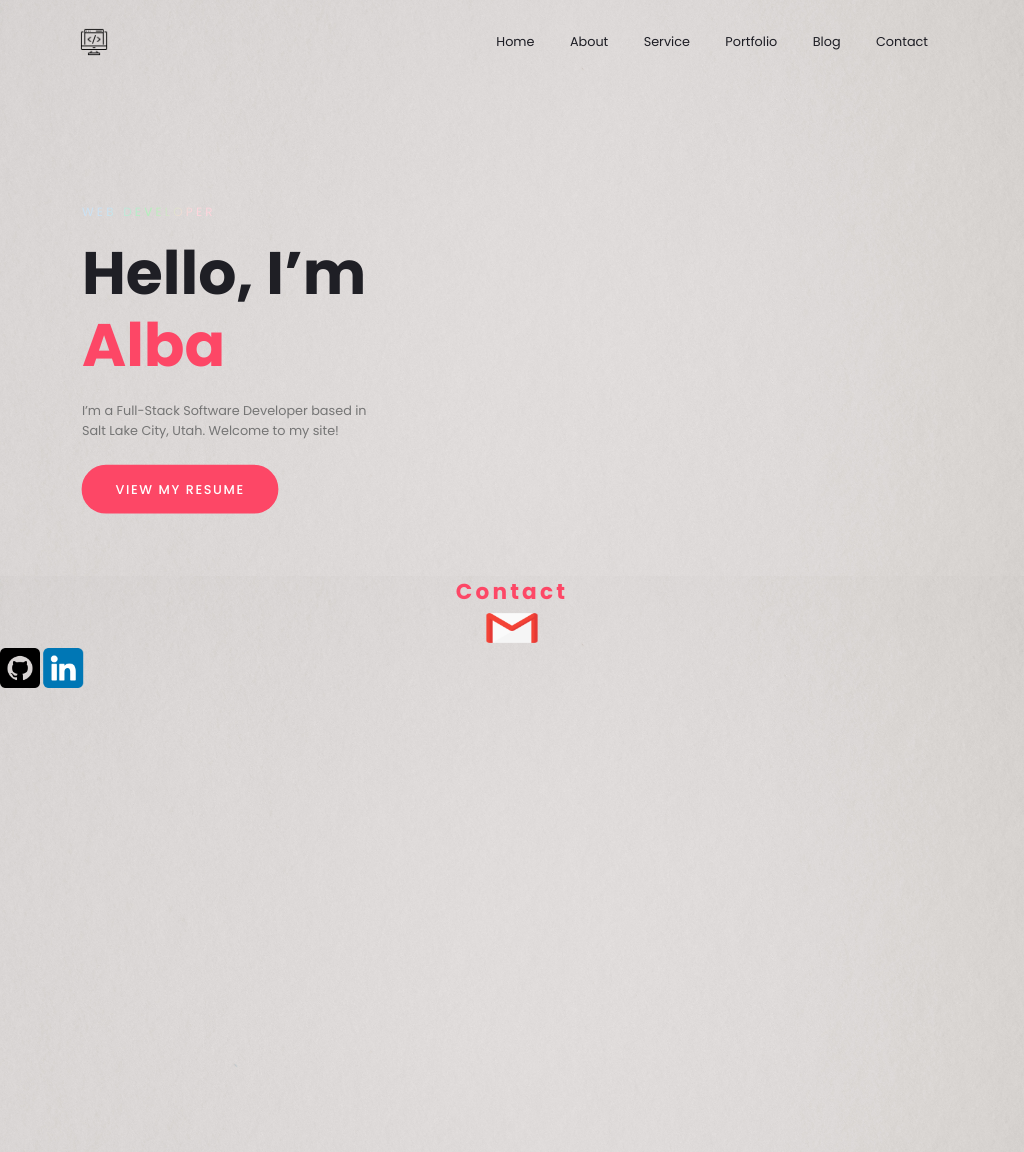
Repository: pilar122/port
Page: index.html
The author's editor kept a copy of each file at every save. The page is drawn from the files as they stood at one save, then again after the next save.
The browser window is 1280 px wide. The pictures show the whole page, at 80% of full size.

Above is the page before, as saved 2022-01-29 17:05:44.

After the next save:
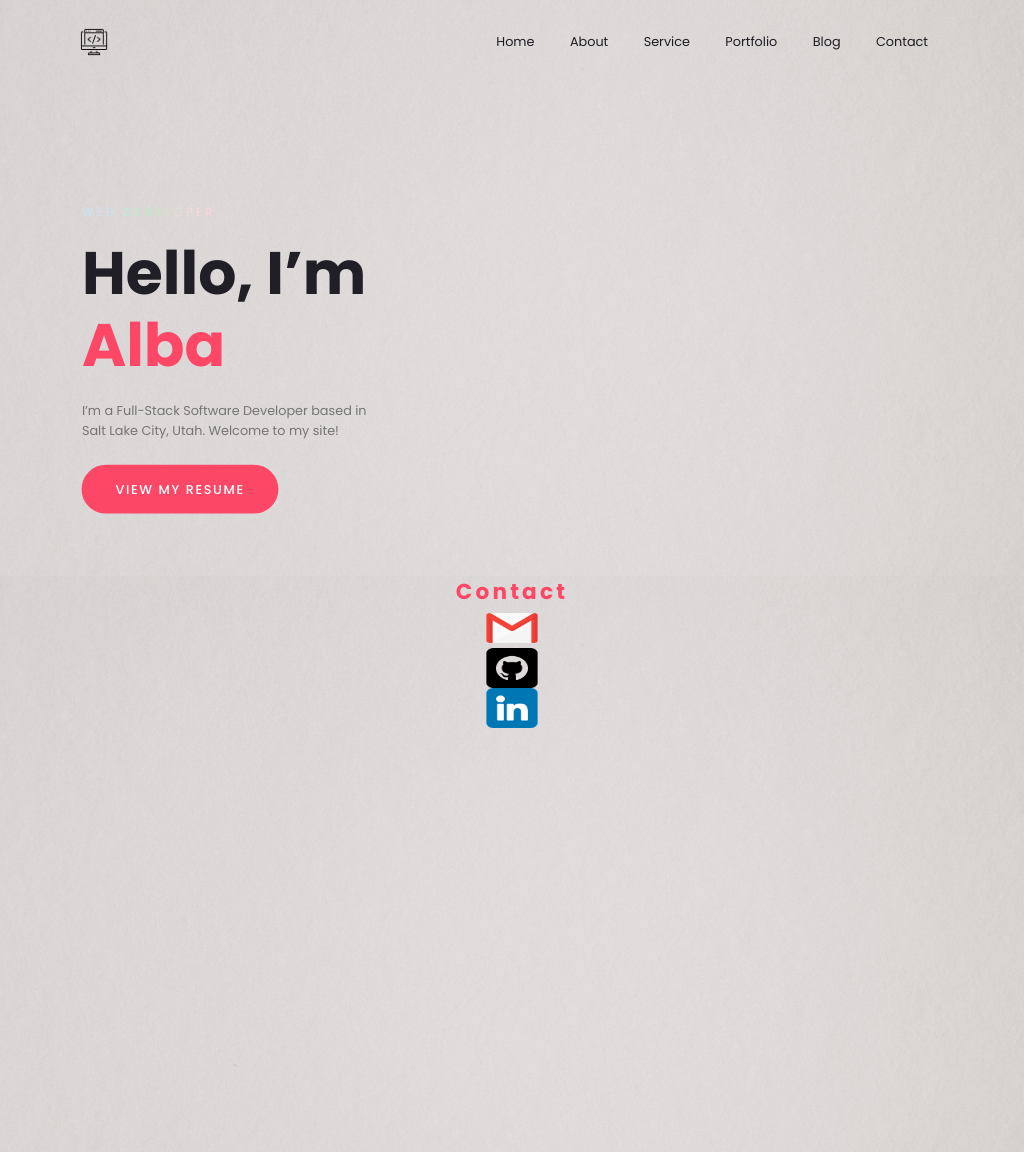
Saved 31 s later.
--- a/style.css
+++ b/style.css
@@ -119,3 +119,15 @@ nav ul li a:hover:after{
   margin-right: auto;
   width: 5%;
 }
+.center2 {
+    display: block;
+  margin-left: auto;
+  margin-right: auto;
+  width: 5%;
+}
+.center3 {
+    display: block;
+  margin-left: auto;
+  margin-right: auto;
+  width: 5%;
+}
